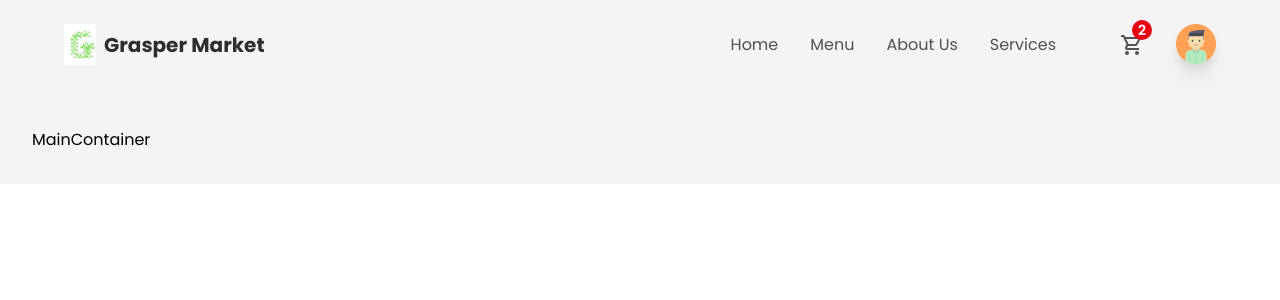
Repository: emorilebo/food-training
Page: /
An editor plug-in stored every save of this project. The page is shown before and after the next save, followed by the edit.
The browser window is 1280 px wide. The pictures show the whole page.
The project was rebuilt for these pictures with package versions that can differ from the ones it lists, and the page was loaded fresh each time. Also part of the build but not shown: src/components/CreateContainer.jsx.

Above is the page before, as saved 2022-10-02 18:38:32.

After the next save:
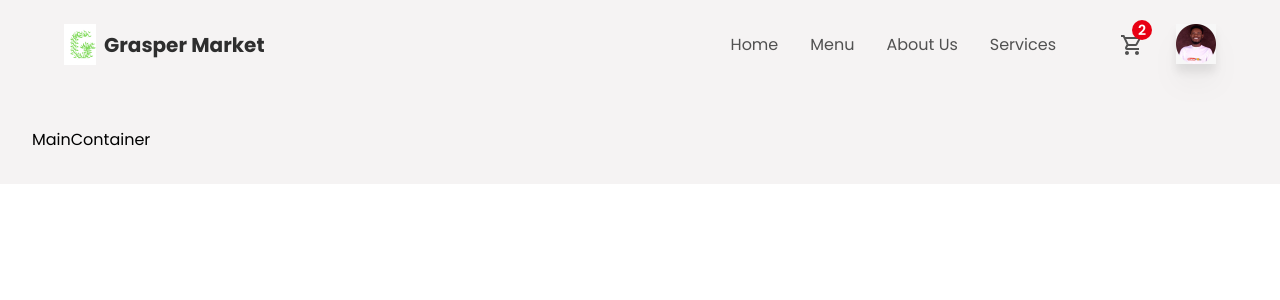
Saved 42 s later.
--- a/src/components/Header.jsx
+++ b/src/components/Header.jsx
@@ -1,6 +1,6 @@
 import React from "react";
 import Logo from "../img/grasperlogo.png";
-import Avatar from "../img/avatar.png";
+import Avatar from "../img/emori.jpeg";
 import { MdOutlineShoppingCart } from "react-icons/md";
 import { motion } from "framer-motion";
 import { Link } from "react-router-dom";
